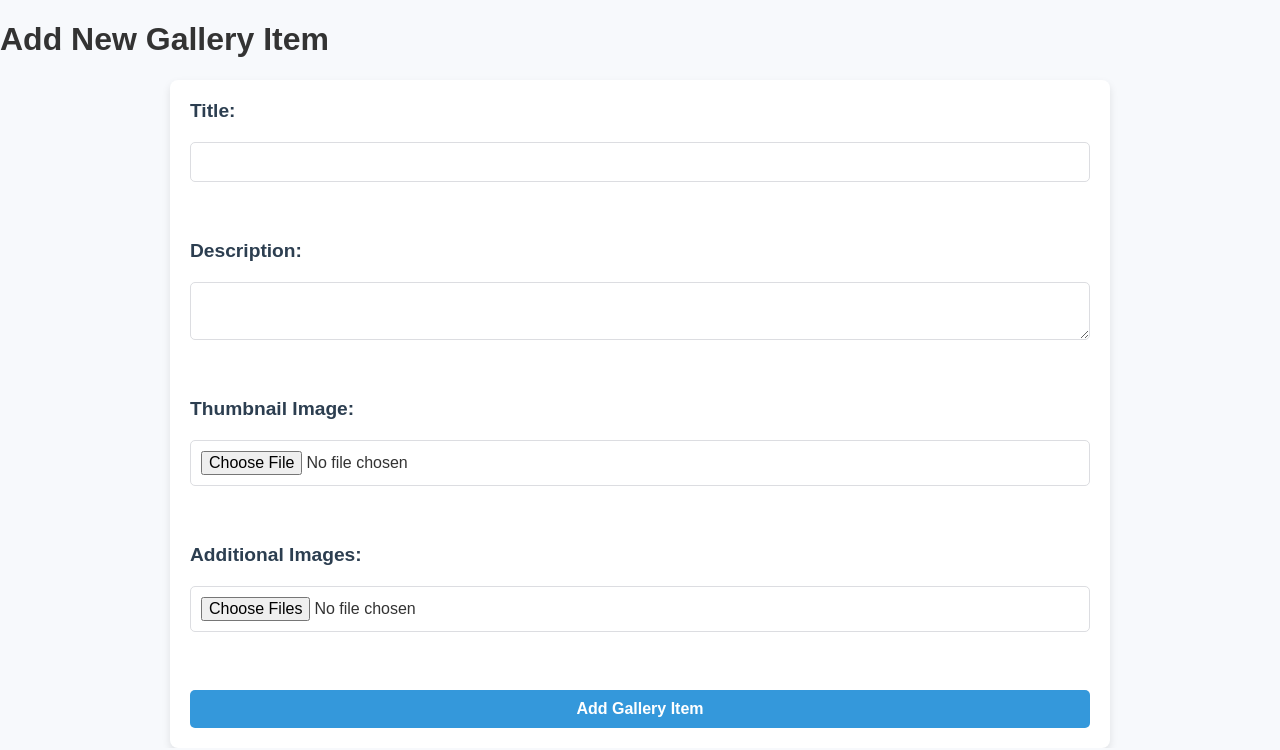
Repository: KharonKade/Capstone
Page: http://localhost/add_gallery.php
The author's editor kept a copy of each file at every save. The page is drawn from the files as they stood at one save, then again after the next save.
The browser window is 1280 px wide. The pictures show the whole page.
The page is run by PHP 8.4 with error messages shown; the project is at /var/www/html/.

Above is the page before, as saved 2025-04-01 19:32:52.

### add_gallery.php
<?php
// Database Connection
$host = "localhost";
$username = "root";
$password = "";
$database = "basf_gallery";

$conn = new mysqli($host, $username, $password, $database);
if ($conn->connect_error) {
    die("Connection failed: " . $conn->connect_error);
}

if ($_SERVER["REQUEST_METHOD"] == "POST") {
    $title = $_POST['title'];
    $description = $_POST['description'];
    $thumbnail = "images/uploads/" . basename($_FILES["thumbnail"]["name"]);

    move_uploaded_file($_FILES["thumbnail"]["tmp_name"], $thumbnail);

    $sql = "INSERT INTO gallery (title, description, thumbnail) VALUES ('$title', '$description', '$thumbnail')";

    if ($conn->query($sql) === TRUE) {
        $gallery_id = $conn->insert_id;

        foreach ($_FILES['images']['tmp_name'] as $key => $tmp_name) {
            $image_path = "images/uploads/" . basename($_FILES['images']['name'][$key]);
            move_uploaded_file($tmp_name, $image_path);
            $conn->query("INSERT INTO gallery_images (gallery_id, image_path) VALUES ('$gallery_id', '$image_path')");
        }

        echo "<script>alert('Gallery item added successfully!'); window.location='admin_gallery.php';</script>";
    } else {
        echo "Error: " . $conn->error;
    }
}

$conn->close();
?>

<!DOCTYPE html>
<html lang="en">
<head>
    <meta charset="UTF-8">
    <meta name="viewport" content="width=device-width, initial-scale=1.0">
    <link rel="stylesheet" href="Css/admin_gallery.css">
    <title>Add Gallery Item</title>
</head>
<body>

    <h1>Add New Gallery Item</h1>
    <form action="" method="POST" enctype="multipart/form-data">
        <label>Title:</label>
        <input type="text" name="title" required><br>

        <label>Description:</label>
        <textarea name="description" required></textarea><br>

        <label>Thumbnail Image:</label>
        <input type="file" name="thumbnail" required><br>

        <label>Additional Images:</label>
        <input type="file" name="images[]" multiple required><br>

        <button type="submit">Add Gallery Item</button>
    </form>

</body>
</html>

### Css/admin_gallery.css
/* General Styles */
body {
    font-family: 'Arial', sans-serif;
    margin: 0;
    padding: 0;
    background: #f7f9fc;
    color: #333;
}

.admin-container {
    display: flex;
    min-height: 100vh;
}

/* Sidebar */
.sidebar {
    width: 250px;
    background: #2c3e50;
    color: #ecf0f1;
    padding: 20px;
    box-shadow: 2px 0 5px rgba(0, 0, 0, 0.1);
    display: flex;
    flex-direction: column;
    gap: 20px;
    position: fixed;
    height: 100%;
}

.sidebar h2 {
    text-align: center;
    font-size: 1.5rem;
    margin-bottom: 20px;
}

.sidebar ul {
    list-style: none;
    padding: 0;
    margin: 0;
}

.sidebar ul li {
    margin: 15px 0;
}

.sidebar ul li a {
    text-decoration: none;
    color: #ecf0f1;
    padding: 10px 15px;
    display: block;
    border-radius: 5px;
    transition: background 0.3s;
}

.sidebar ul li a:hover {
    background: #34495e;
}

/* Main Content */
.content {
    flex-grow: 1;
    padding: 40px;
    background: #ffffff;
    border-radius: 10px;
    box-shadow: 0px 4px 6px rgba(0, 0, 0, 0.1);
    margin-left: 250px;
}

.content h2 {
    margin-bottom: 20px;
    font-size: 1.8rem;
    color: #2c3e50;
    text-align: center;
    border-bottom: 2px solid #ecf0f1;
    padding-bottom: 10px;
}

/* Buttons */
.btn {
    display: inline-block;
    background: #3498db;
    color: white;
    padding: 10px 15px;
    text-decoration: none;
    border-radius: 5px;
    font-weight: bold;
    transition: background 0.3s;
    text-align: center;
}

.btn:hover {
    background: #2980b9;
}

/* Table Styling */
table {
    width: 100%;
    border-collapse: collapse;
    background: white;
    border-radius: 8px;
    overflow: hidden;
    box-shadow: 0px 4px 6px rgba(0, 0, 0, 0.1);
}

th, td {
    padding: 12px;
    text-align: left;
    border-bottom: 1px solid #ddd;
}

th {
    background: #2c3e50;
    color: white;
}

tr:hover {
    background: #f1f1f1;
}

img {
    border-radius: 5px;
    box-shadow: 2px 2px 5px rgba(0, 0, 0, 0.2);
}

/* Form Styling */
form {
    max-width: 900px;
    margin: 0 auto;
    display: flex;
    flex-direction: column;
    gap: 20px;
    padding: 20px;
    background: white;
    border-radius: 8px;
    box-shadow: 0 4px 8px rgba(0, 0, 0, 0.1);
}

form label {
    font-size: 1.2rem;
    font-weight: bold;
    color: #2c3e50;
}

form input,
form textarea,
form button {
    font-size: 1rem;
    padding: 10px;
    border: 1px solid #dcdde1;
    border-radius: 5px;
    outline: none;
    transition: border-color 0.3s, box-shadow 0.3s;
}

form input:focus,
form textarea:focus {
    border-color: #3498db;
    box-shadow: 0 0 5px rgba(52, 152, 219, 0.5);
}

form button {
    background: #3498db;
    color: white;
    cursor: pointer;
    border: none;
    font-weight: bold;
    transition: background 0.3s;
}

form button:hover {
    background: #2980b9;
}

/* Container */
.view-container {
    max-width: 900px;
    margin: 40px auto;
    padding: 20px;
    background: white;
    border-radius: 8px;
    box-shadow: 0px 4px 6px rgba(0, 0, 0, 0.1);
    text-align: center;
}

/* Title */
.view-container h1 {
    font-size: 1.8rem;
    color: #2c3e50;
    border-bottom: 2px solid #ecf0f1;
    padding-bottom: 10px;
}

/* Thumbnail */
.view-thumbnail {
    width: 100%;
    max-width: 400px;
    border-radius: 5px;
    box-shadow: 2px 2px 5px rgba(0, 0, 0, 0.2);
    margin: 20px 0;
}

/* Description */
.view-description {
    font-size: 1.1rem;
    color: #555;
    line-height: 1.6;
    padding: 10px;
    border-radius: 5px;
    background: #fafafa;
    word-wrap: break-word; /* Enables word wrapping */
}


/* Gallery Images */
.gallery-container {
    display: flex;
    flex-wrap: nowrap; /* Prevent images from wrapping to the next line */
    overflow-x: auto; /* Allow horizontal scrolling */
    gap: 10px;
    padding: 10px 0;
    scroll-snap-type: x mandatory; /* Smooth scroll behavior */
}

.gallery-container img {
    height: 350px; /* Set the common height */
    width: auto;   /* Let the width adjust to maintain aspect ratio */
    object-fit: contain; /* Ensure the full image is visible */
    border-radius: 5px;
    transition: transform 0.3s ease-in-out;
    cursor: pointer;
    background-color: #f0f0f0;
    scroll-snap-align: center; /* Snap the image to the center when scrolling */
}

.gallery-container img:hover {
    box-shadow: 0 4px 8px rgba(0, 0, 0, 0.2);
}

.button {
    padding: 12px 25px;
    background-color: #f44336;
    color: white;
    border: none;
    border-radius: 5px;
    font-size: 1.1rem;
    cursor: pointer;
    transition: background-color 0.3s ease;
    display: block;
    width: 150px;
    margin: 20px auto;
    text-decoration: none;
}

.button:hover {
    background-color: #d32f2f;
}

.buttonRemove {
    align-self: flex-start;
    background-color: #e74c3c;
    color: #fff;
    padding: 8px 16px;
    border-radius: 5px;
    border: none;
    cursor: pointer;
    text-decoration: none;
    display: inline-block; /* Ensure the button is treated as a block element */
}

.buttonRemove:hover {
    background-color: #d32f2f;
}


/* Button */
.btn {
    display: inline-block;
    background: #3498db;
    color: white;
    padding: 10px 15px;
    text-decoration: none;
    border-radius: 5px;
    font-weight: bold;
    transition: background 0.3s;
    text-align: center;
    margin-top: 20px;
}

.btn:hover {
    background: #2980b9;
}

/* Responsive */
@media (max-width: 768px) {
    .view-container {
        margin: 20px;
        padding: 15px;
    }

    .gallery-container img {
        width: 120px;
    }
}

/* Responsive Design */
@media (max-width: 768px) {
    .admin-container {
        flex-direction: column;
    }

    .sidebar {
        width: 100%;
        flex-direction: row;
        justify-content: space-around;
    }

    .sidebar h2 {
        display: none;
    }

    .content {
        margin: 10px;
        padding: 20px;
    }

    form {
        padding: 0 10px;
    }
}

After the next save:
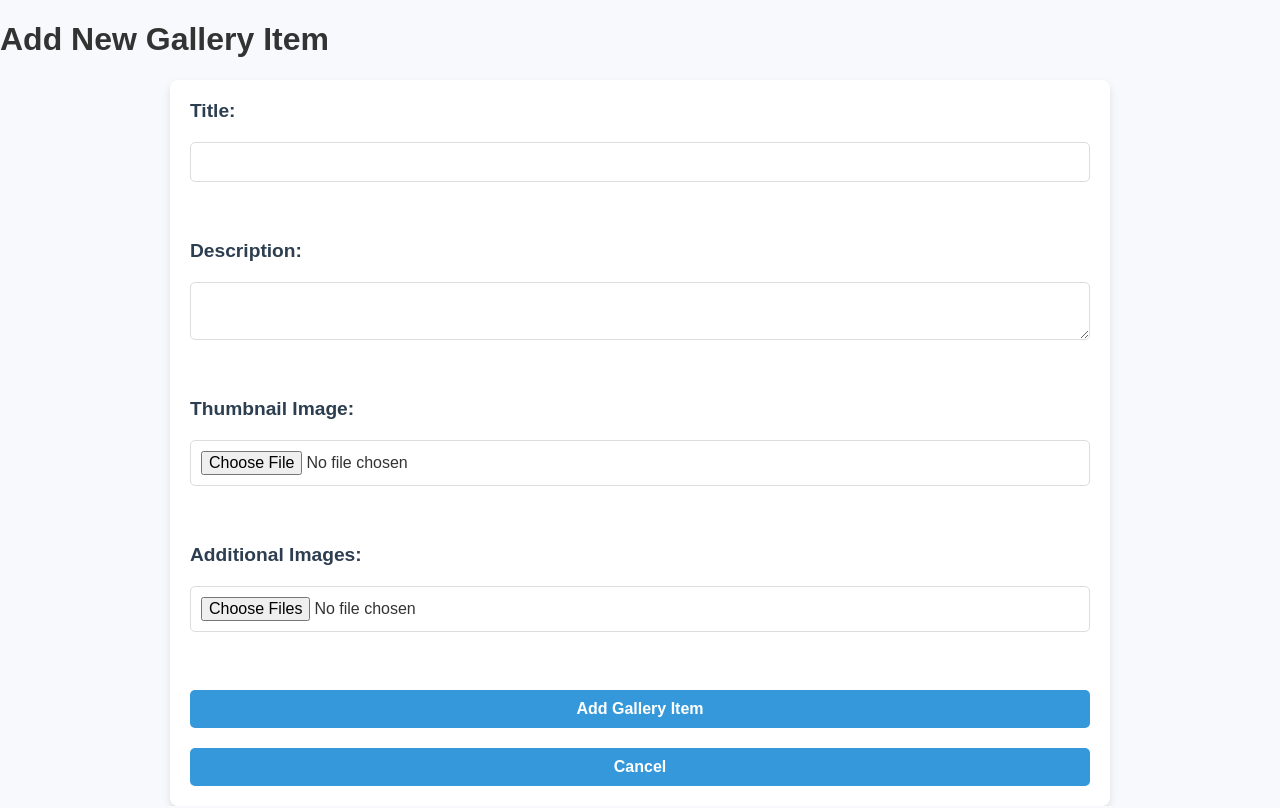
Saved 2 min 13 s later.
--- a/add_gallery.php
+++ b/add_gallery.php
@@ -62,6 +62,7 @@ $conn->close();
         <input type="file" name="images[]" multiple required><br>
 
         <button type="submit">Add Gallery Item</button>
+        <button type="button" onclick="history.back();">Cancel</button>
     </form>
 
 </body>
